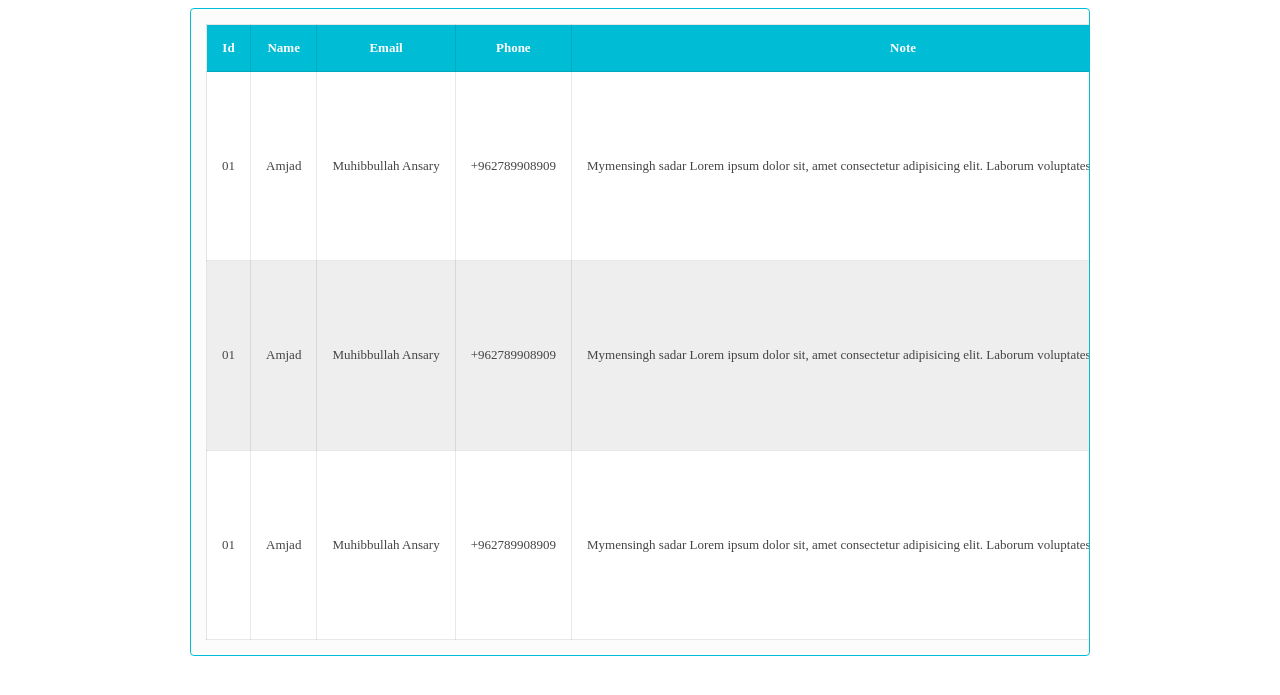
Repository: special4Party/Graduation-project-wedding-hall
Page: include/temp/tttttttttt.html
The author's editor kept a copy of each file at every save. The page is drawn from the files as they stood at one save, then again after the next save.
The browser window is 1280 px wide. The pictures show the whole page.

Above is the page before, as saved 2022-05-01 00:24:43.

After the next save:
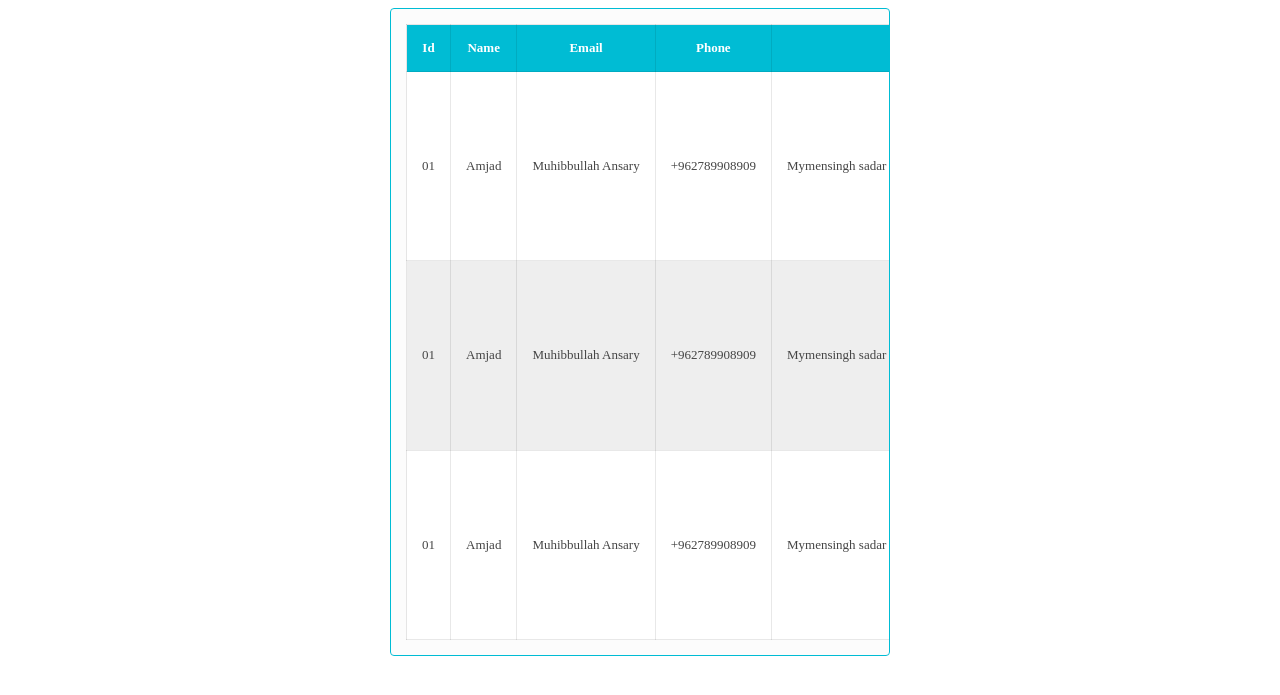
Saved 20 s later.
--- a/layout/css/tttttttt.css
+++ b/layout/css/tttttttt.css
@@ -8,7 +8,7 @@ body>div{
     font-family: cursive;
 }
 .table_responsive {
-    max-width: 900px;
+    max-width: 500px;
     border: 1px solid #00bcd4;
     background-color: #efefef33;
     padding: 15px;
